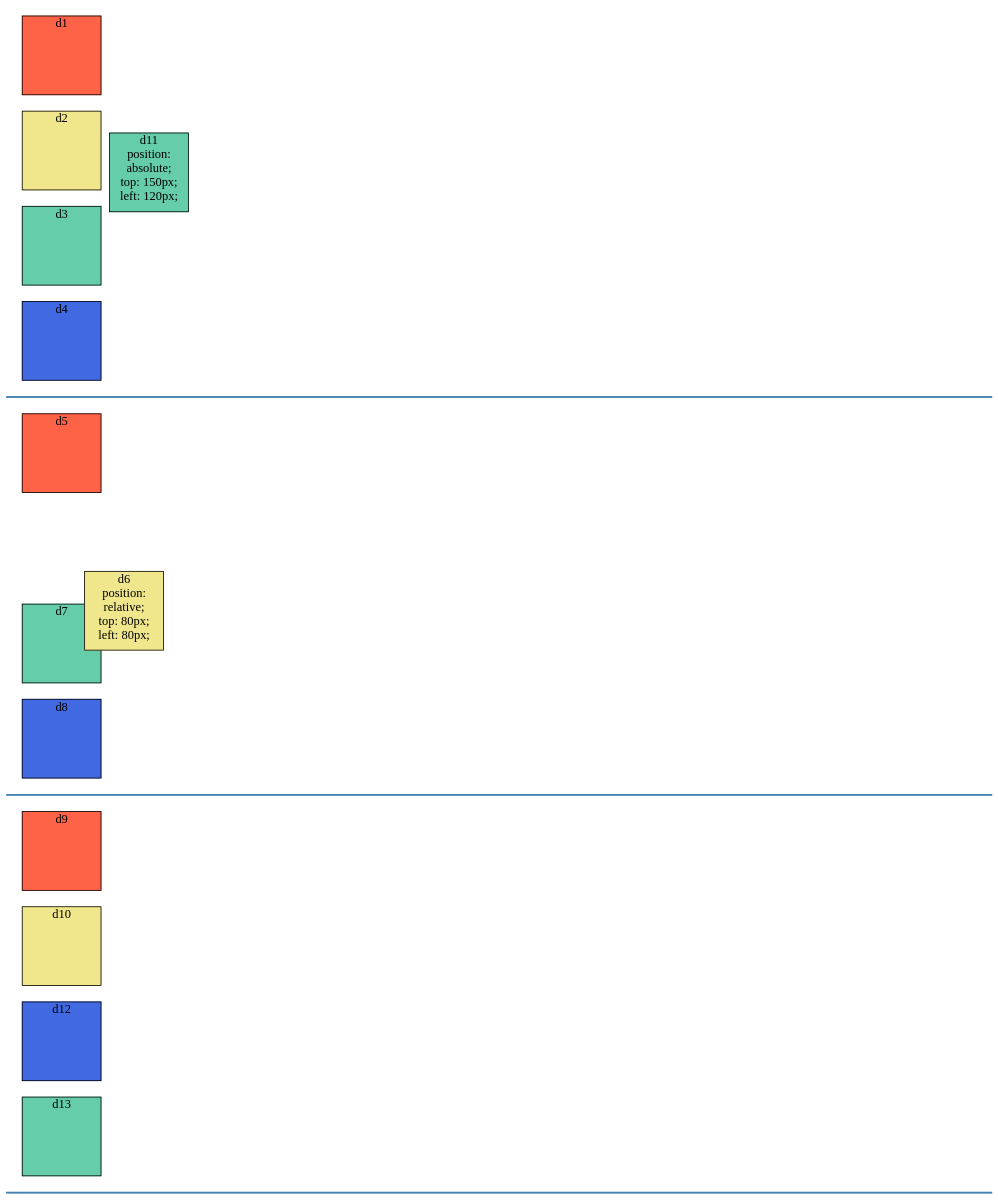
Repository: choidazzi/DDIT
Page: web programming/html/webpro/src/main/webapp/0428/position.html
These files come from the project's save history. The page is drawn as it stood at one moment and after the next save; the edit follows.
The browser window is 1280 px wide. The pictures show the whole page, at 78% of full size.

Above is the page before, as saved 2023-04-28 00:48:16.

After the next save:
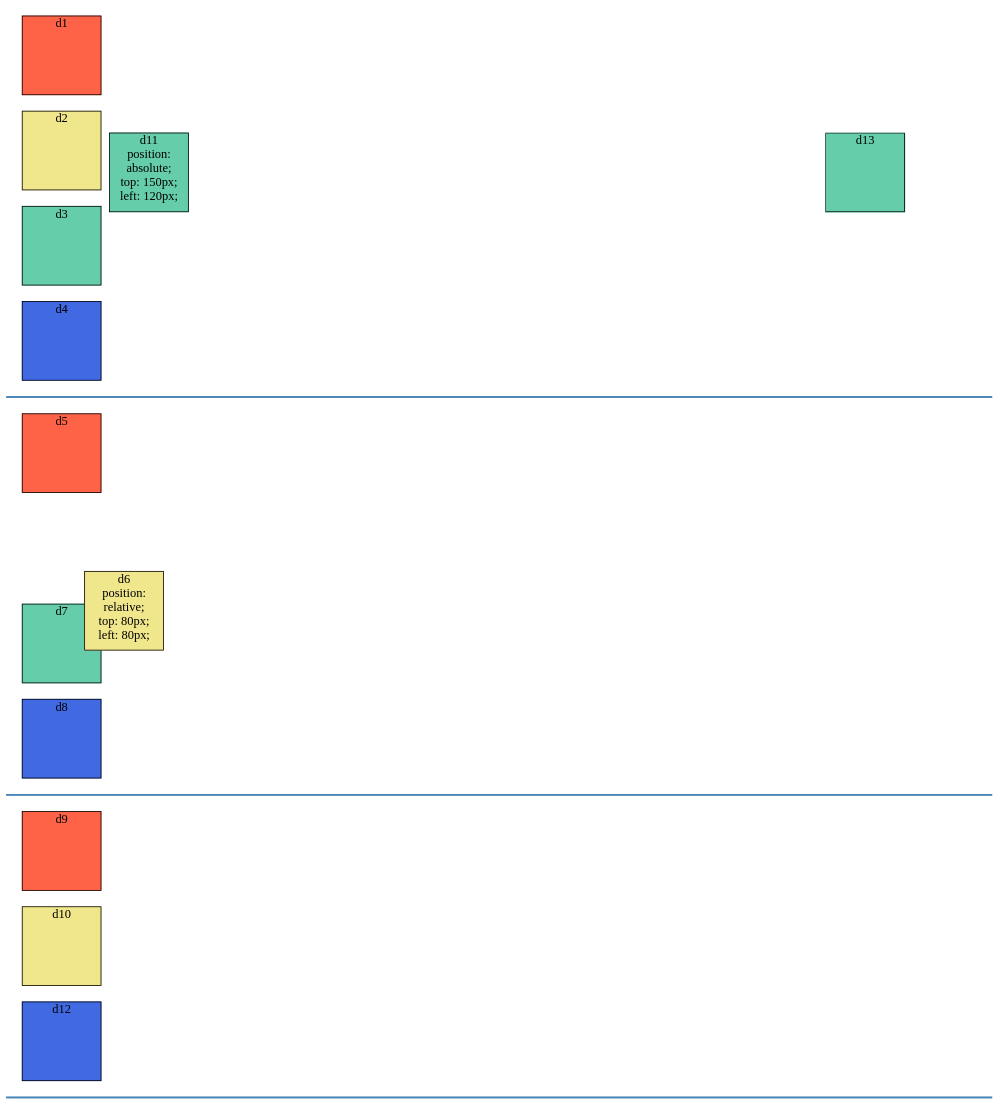
Saved 38 s later.
--- a/web programming/html/webpro/src/main/webapp/0428/position.html
+++ b/web programming/html/webpro/src/main/webapp/0428/position.html
@@ -34,6 +34,11 @@ div {
 	position: absolute;
 	top: 150px;
 	left: 120px;
+}
+#d13 {
+	position: fixed;
+	top: 150px;
+	right: 100px;
 }
 </style>
 </head>
